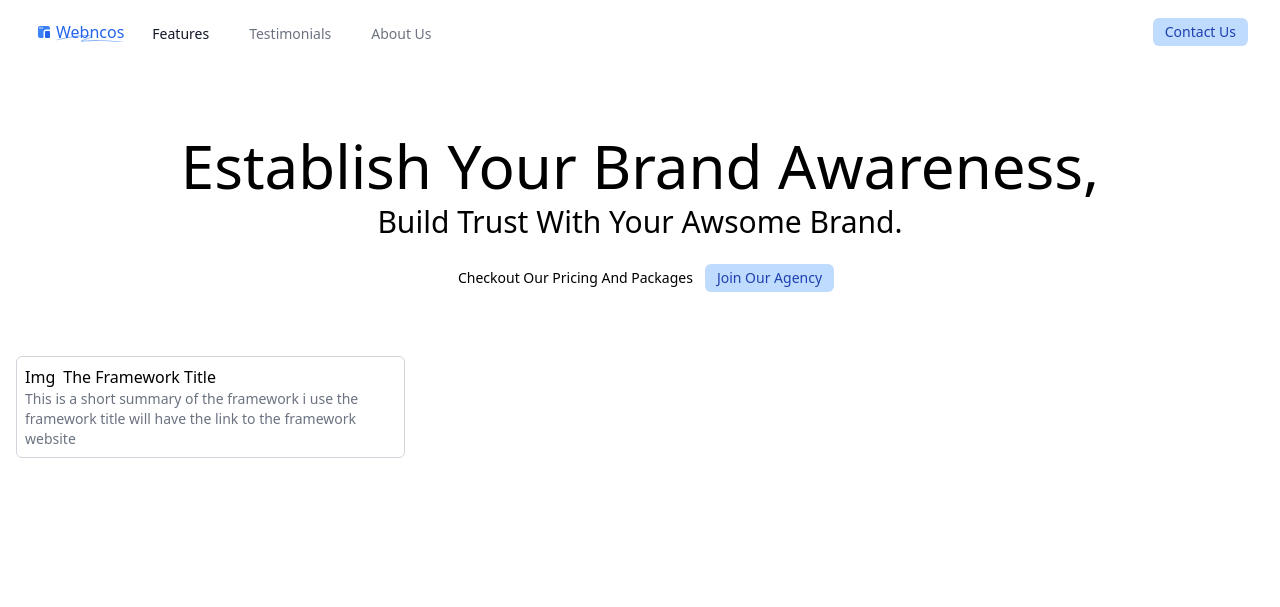
Repository: 1realjulius/webncos
Page: /
The author's editor kept a copy of each file at every save. The page is drawn from the files as they stood at one save, then again after the next save.
The browser window is 1280 px wide. The pictures show the whole page.
The project was rebuilt for these pictures with package versions that can differ from the ones it lists, and the page was loaded fresh each time. A package was used in the major version that the imports need, not the one package.json lists. The framework's server and built-in components were replaced by stand-ins that run in the browser. Also part of the build but not shown: next.config.js.

Above is the page before, as saved 2022-08-22 04:27:00.

### pages/index.tsx
import type { NextPage } from 'next'
import Head from 'next/head'
import MainHome from '../components/MainHome'
import NavigationBar from '../components/NavigationBar'

const Home: NextPage = () => {
  return (
    <div className="flex min-h-screen flex-col">
      <Head>
      <title>Webncos</title>
        <meta name="description" content="Website and Software Development Agency." />
        <meta property="og:type" content="website"/>
        <meta property="og:url" content="https://www.webncos.com/"/>
        <meta property="og:title" content="Webncos — Website and Software Development Agency."/>
        <meta property="og:description" content="Website and Software Development Agency."/>
        {/* <meta property="og:image" content="/Assets/newmemoji.svg"/> */}
        {/* <meta property="twitter:card" content="/Assets/Julius_Eghan.jpg"/> */}
        <meta property="twitter:url" content="https://www.webncos.com/"/>
        <meta property="twitter:title" content="Webncos — Website and Software Development Agency."/>
        <meta property="twitter:description" content="Website and Software Development Agency."/>
        {/* <meta property="twitter:image" content="/Assets/Julius_Eghan.jpg"/> */}
        <link rel="icon" href="/favicon.ico" />
        {/* <meta name="google-site-verification" content="0HesePHVymRqGiL70HUKPIq0Zsap0uUIb_Ci0DpImRY" /> */}
        <meta name="theme-color" content="#f7f2f2"   media="(prefers-color-scheme: light)"/>
        <meta name="theme-color" content="#090c10"   media="(prefers-color-scheme: dark)"/>
      </Head>
      <NavigationBar/>
      <MainHome/>

    </div>
  )
}

export default Home

### styles/globals.css
@tailwind base;
@tailwind components;
@tailwind utilities;

@layer base{
      @font-face{
        font-family: 'ApercuBold';
        src: url("/Fonts/ApercuPro-Bold.woff") format("woff"),url("/Fonts/ApercuPro-Bold.woff2") format("woff2");
      }
      @font-face{
        font-family: 'ApercuMedium';
        src: url("/Fonts/ApercuPro-Medium.woff") format("woff"),url("/Fonts/ApercuPro-Medium.woff2") format("woff2");
      }
    }

### components/MainHome.tsx
import Link from "next/link";
import React from "react";

const MainHome = () => {
  return (
    <div>
      {/* header */}
      <div>
        <div className=" flex flex-col items-center justify-center my-14">
          <div className="pt-4 pb-2">
            <h1 className="text-4xl md:text-6xl text-center">Establish Your Brand Awareness,</h1>
          </div>
          <div className="pb-4">
            <h2 className="text-xl md:text-3xl">Build Trust With Your Awsome Brand.</h2>
          </div>
          <div className="flex flex-col md:flex-row items-center">
            <div className="px-3 py-1 my-2">
              <Link href="#">
                <h3 className="text-sm">Checkout Our Pricing And Packages</h3>
              </Link>
            </div>
            <div className="px-3 py-1 rounded-md bg-blue-200 my-2">
              <Link href="#">
                <h3 className="text-blue-800 text-sm">Join Our Agency</h3>
              </Link>
            </div>
          </div>
        </div>
      </div>
      {/* Frameworks I use */}
      <div className="flex flex-col items-center">
        <div className="flex flex-col md:grid md:grid-cols-3 gap-2 items-center">
            <div className="flex flex-col border border-gray-300 p-2 rounded-md mx-4">
                <div className="flex flex-row items-center space-x-2">
                    <span>Img</span>
                    <h3>The Framework Title</h3>
                </div>
                <div className="text-sm">
                    <p className="text-gray-500">This is a short summary of the framework i use the framework title will have the link to the framework website</p>
                </div>
            </div>
        </div>
      </div>
      {/* Services We offer (Features) */}
      <div></div>
      {/* Testimonials */}
      <div></div>
      {/* FAQs */}
      <div></div>
      {/* Other Sections */}
      <div></div>
    </div>
  );
};

export default MainHome;

### components/NavigationBar.tsx
/* This example requires Tailwind CSS v2.0+ */
import { Fragment } from "react";
import { Disclosure, Menu, Transition } from "@headlessui/react";
import { BellIcon, MenuIcon, XIcon } from "@heroicons/react/outline";

function classNames(...classes: string[]) {
  return classes.filter(Boolean).join(" ");
}

export default function NavigationBar() {
  return (
    <Disclosure as="nav" className="bg-white">
      {({ open }) => (
        <>
          <div className="max-w-7xl mx-auto px-4 sm:px-6 lg:px-8">
            <div className="flex justify-between h-16">
              <div className="flex">
                <div className="flex-shrink-0 flex items-center">
                  {/* the logo */}
                  <h1 className="text-base leading-none flex flex-row items-center">
                    <span>
                      <svg className="h-6 w-6 " viewBox="0 0 24 24" fill="none">
                        <path
                          fillRule="evenodd"
                          clipRule="evenodd"
                          d="M8 6C6.89543 6 6 6.89543 6 8V16C6 17.1046 6.89543 18 8 18H10.5C11.0523 18 11.5 17.5523 11.5 17V12C11.5 10.6193 12.6193 9.5 14 9.5H18V8C18 6.89543 17.1046 6 16 6H8ZM7.25 8C7.25 7.58579 7.58579 7.25 8 7.25H8.01C8.42421 7.25 8.76 7.58579 8.76 8C8.76 8.41421 8.42421 8.75 8.01 8.75H8C7.58579 8.75 7.25 8.41421 7.25 8ZM10 7.25C9.58579 7.25 9.25 7.58579 9.25 8C9.25 8.41421 9.58579 8.75 10 8.75H10.01C10.4242 8.75 10.76 8.41421 10.76 8C10.76 7.58579 10.4242 7.25 10.01 7.25H10Z"
                          fill="#E879F9"
                          className="fill-blue-500 "
                        ></path>
                        <path
                          d="M13 12C13 11.4477 13.4477 11 14 11H17C17.5523 11 18 11.4477 18 12V17C18 17.5523 17.5523 18 17 18H14C13.4477 18 13 17.5523 13 17V12Z"
                          fill="#F0ABFC"
                          className="fill-blue-600 "
                        ></path>
                      </svg>
                    </span>
                    <span className="relative whitespace-nowrap text-blue-600 cursor-pointer">
                      <svg
                        aria-hidden="true"
                        viewBox="0 0 418 42"
                        className="absolute top-2/3 left-0 h-[0.48em] w-full fill-blue-500/60"
                        preserveAspectRatio="none"
                      >
                        <path d="M203.371.916c-26.013-2.078-76.686 1.963-124.73 9.946L67.3 12.749C35.421 18.062 18.2 21.766 6.004 25.934 1.244 27.561.828 27.778.874 28.61c.07 1.214.828 1.121 9.595-1.176 9.072-2.377 17.15-3.92 39.246-7.496C123.565 7.986 157.869 4.492 195.942 5.046c7.461.108 19.25 1.696 19.17 2.582-.107 1.183-7.874 4.31-25.75 10.366-21.992 7.45-35.43 12.534-36.701 13.884-2.173 2.308-.202 4.407 4.442 4.734 2.654.187 3.263.157 15.593-.78 35.401-2.686 57.944-3.488 88.365-3.143 46.327.526 75.721 2.23 130.788 7.584 19.787 1.924 20.814 1.98 24.557 1.332l.066-.011c1.201-.203 1.53-1.825.399-2.335-2.911-1.31-4.893-1.604-22.048-3.261-57.509-5.556-87.871-7.36-132.059-7.842-23.239-.254-33.617-.116-50.627.674-11.629.54-42.371 2.494-46.696 2.967-2.359.259 8.133-3.625 26.504-9.81 23.239-7.825 27.934-10.149 28.304-14.005.417-4.348-3.529-6-16.878-7.066Z"></path>
                      </svg>
                      <span className="relative leading-none">Webncos</span>
                    </span>
                  </h1>
                </div>
                <div className="hidden sm:ml-6 sm:flex sm:space-x-8">
                  <a
                    href="#"
                    className="text-gray-900 inline-flex items-center px-1 pt-1 text-sm "
                  >
                    Features
                  </a>
                  <a
                    href="#"
                    className=" text-gray-500 hover:text-gray-700 inline-flex items-center px-1 pt-1  text-sm"
                  >
                    Testimonials
                  </a>
                  <a
                    href="#"
                    className=" text-gray-500 hover:text-gray-700 inline-flex items-center px-1 pt-1  text-sm"
                  >
                    About Us
                  </a>
                </div>
              </div>
              <div className="hidden sm:ml-6 sm:flex sm:items-center">
              <div className="px-3 py-1 bg-blue-200 rounded-md">
                    <h2 className="text-blue-800 text-sm">Contact Us</h2>
                </div>
              </div>
              <div className="-mr-2 flex items-center sm:hidden">
                {/* Mobile menu button */}
                <Disclosure.Button className="inline-flex items-center justify-center p-2 rounded-full text-gray-400 hover:text-gray-500 hover:bg-gray-100 ">
                  <span className="sr-only">Open main menu</span>
                  {open ? (
                    <XIcon className="block h-6 w-6" aria-hidden="true" />
                  ) : (
                    <MenuIcon className="block h-6 w-6" aria-hidden="true" />
                  )}
                </Disclosure.Button>
              </div>
            </div>
          </div>

          <Disclosure.Panel className="sm:hidden border-2 rounded-lg px-4 mx-2">
            <div className="flex flex-col py-1 space-y-1">
                <a href="#">Features</a>
                <a href="#">Testimonials</a>
                <a href="#">About Us</a>
            </div>
            <div className="flex py-2">
                <div className="px-3 py-1 bg-blue-200 rounded-md">
                    <h2 className="text-blue-800 text-sm">Contact Us</h2>
                </div>
            </div>
          </Disclosure.Panel>
        </>
      )}
    </Disclosure>
  );
}

### tailwind.config.js
/** @type {import('tailwindcss').Config} */
module.exports = {
  content: [
    './pages/**/*.{js,ts,jsx,tsx}',
    './components/**/*.{js,ts,jsx,tsx}',
  ],
  theme: {
    extend: {
      fontFamily: {
        ApercuBold: 'ApercuBold, sans',
        ApercuMedium: 'ApercuMedium, sans',
      },
    },
  },
  plugins: [],
}

Loaded but not shown: pages/_app.tsx (common file)

After the next save:
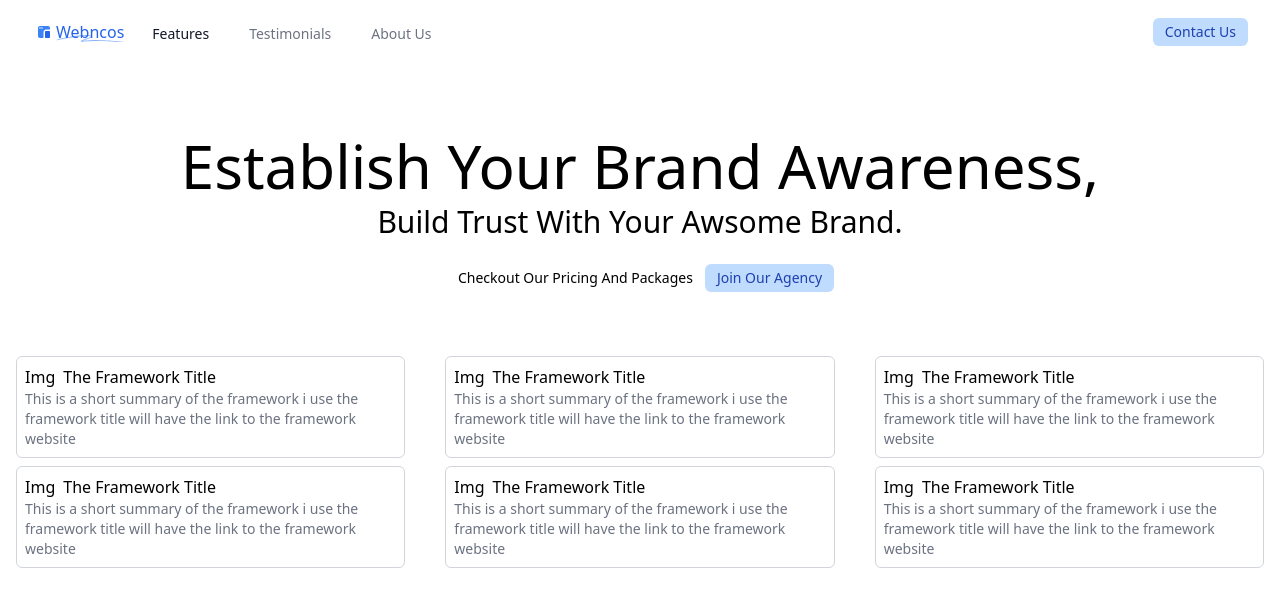
Saved 16 s later.
--- a/components/MainHome.tsx
+++ b/components/MainHome.tsx
@@ -39,6 +39,51 @@ const MainHome = () => {
                     <p className="text-gray-500">This is a short summary of the framework i use the framework title will have the link to the framework website</p>
                 </div>
             </div>
+            <div className="flex flex-col border border-gray-300 p-2 rounded-md mx-4">
+                <div className="flex flex-row items-center space-x-2">
+                    <span>Img</span>
+                    <h3>The Framework Title</h3>
+                </div>
+                <div className="text-sm">
+                    <p className="text-gray-500">This is a short summary of the framework i use the framework title will have the link to the framework website</p>
+                </div>
+            </div>
+            <div className="flex flex-col border border-gray-300 p-2 rounded-md mx-4">
+                <div className="flex flex-row items-center space-x-2">
+                    <span>Img</span>
+                    <h3>The Framework Title</h3>
+                </div>
+                <div className="text-sm">
+                    <p className="text-gray-500">This is a short summary of the framework i use the framework title will have the link to the framework website</p>
+                </div>
+            </div>
+            <div className="flex flex-col border border-gray-300 p-2 rounded-md mx-4">
+                <div className="flex flex-row items-center space-x-2">
+                    <span>Img</span>
+                    <h3>The Framework Title</h3>
+                </div>
+                <div className="text-sm">
+                    <p className="text-gray-500">This is a short summary of the framework i use the framework title will have the link to the framework website</p>
+                </div>
+            </div>
+            <div className="flex flex-col border border-gray-300 p-2 rounded-md mx-4">
+                <div className="flex flex-row items-center space-x-2">
+                    <span>Img</span>
+                    <h3>The Framework Title</h3>
+                </div>
+                <div className="text-sm">
+                    <p className="text-gray-500">This is a short summary of the framework i use the framework title will have the link to the framework website</p>
+                </div>
+            </div>
+            <div className="flex flex-col border border-gray-300 p-2 rounded-md mx-4">
+                <div className="flex flex-row items-center space-x-2">
+                    <span>Img</span>
+                    <h3>The Framework Title</h3>
+                </div>
+                <div className="text-sm">
+                    <p className="text-gray-500">This is a short summary of the framework i use the framework title will have the link to the framework website</p>
+                </div>
+            </div>
         </div>
       </div>
       {/* Services We offer (Features) */}
